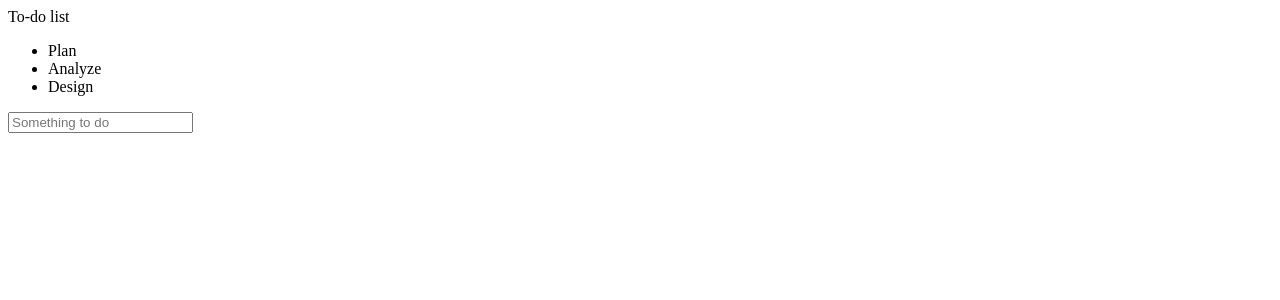
Repository: Peacepapi/1702Java
Page: javascript/WebContent/event.html
An editor plug-in stored every save of this project. The page is shown before and after the next save, followed by the edit.
The browser window is 1280 px wide. The pictures show the whole page.

Above is the page before, as saved 2017-03-07 19:20:40.

After the next save:
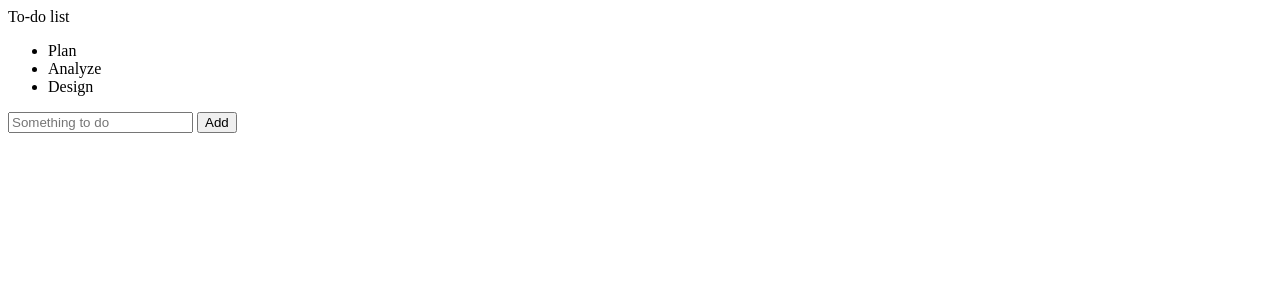
Saved 15 s later.
--- a/javascript/WebContent/event.html
+++ b/javascript/WebContent/event.html
@@ -15,6 +15,7 @@ To-do list
 </div>
 <form action="#">
 	<input type="text" id="item" placeholder="Something to do">
+	<button>Add</button>
 </form>
 </body>
 <script type="text/javascript">
